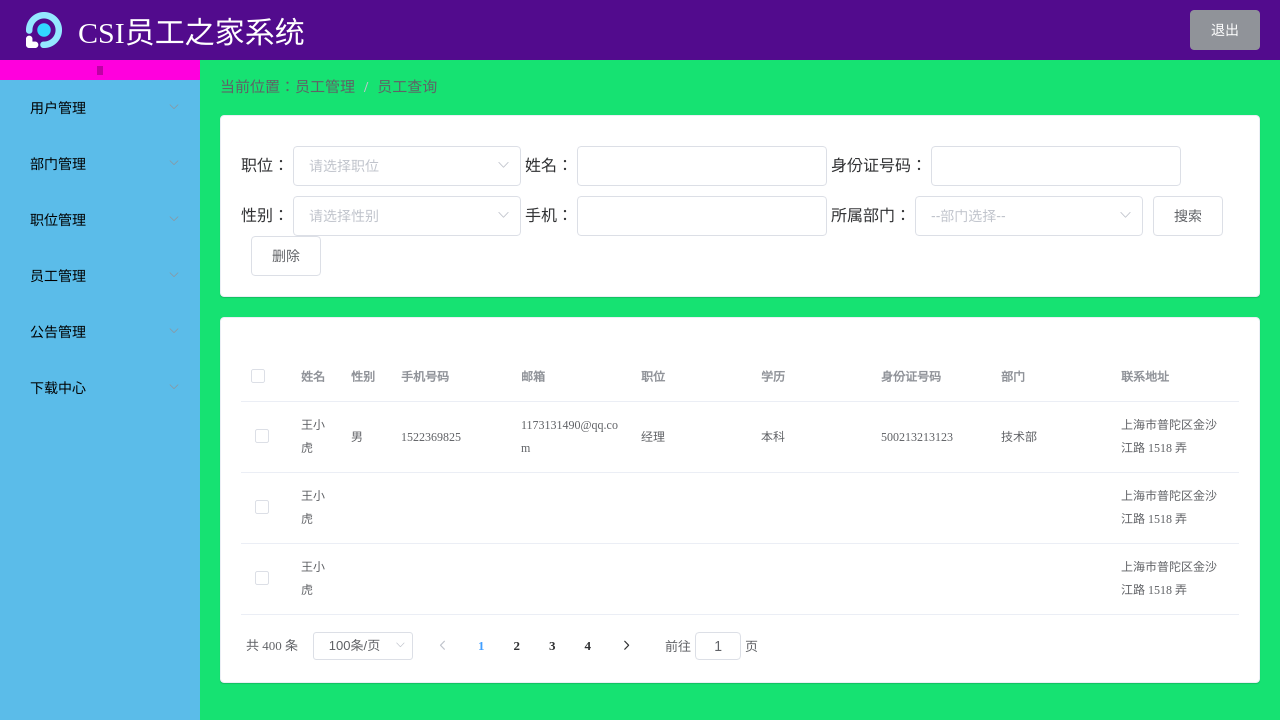
Repository: YUNjwyao/vue_hrm
Page: /#/employee
The author's editor kept a copy of each file at every save. The page is drawn from the files as they stood at one save, then again after the next save.
The browser window is 1280 px wide. The pictures show the whole page.
The project was rebuilt for these pictures with package versions that can differ from the ones it lists, and the page was loaded fresh each time. Also part of the build but not shown: src/components/Login.vue, src/components/Face/Face.vue, src/components/Employee/ShowAddEmployee.vue, src/components/Employee/ShowUpdateEmployee.vue, src/components/Notice/Notice.vue, src/components/Notice/ShowUpdateNotice.vue, src/components/Notice/ShowAddNotice.vue, src/components/Document/Document.vue and 2 more.

Above is the page before, as saved 2020-10-16 10:35:29.

After the next save:
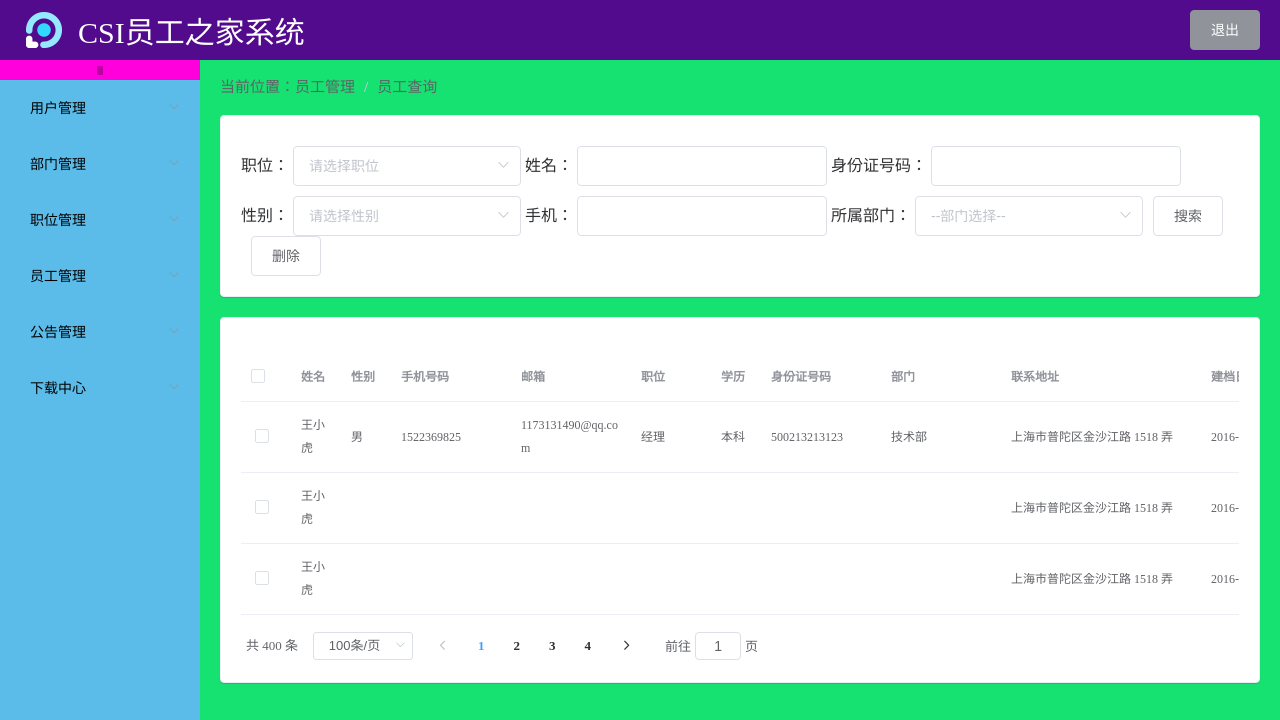
Saved 41 s later.
--- a/src/components/Employee/EmployeeQuery.vue
+++ b/src/components/Employee/EmployeeQuery.vue
@@ -68,18 +68,18 @@
         </el-table-column>
         <el-table-column prop="email" label="邮箱" width="120">
         </el-table-column>
-        <el-table-column prop="job" label="职位" width="120"> </el-table-column>
-        <el-table-column prop="education" label="学历" width="120">
+        <el-table-column prop="job" label="职位" width="80"> </el-table-column>
+        <el-table-column prop="education" label="学历" width="50">
         </el-table-column>
         <el-table-column prop="IdNumber" label="身份证号码" width="120">
         </el-table-column>
         <el-table-column prop="door" label="部门" width="120">
         </el-table-column>
-        <el-table-column prop="address" label="联系地址" width="120">
+        <el-table-column prop="address" label="联系地址" width="200">
         </el-table-column>
         <el-table-column prop="date" label="建档日期" width="120">
         </el-table-column>
-        <el-table-column label="操作" width="120"> </el-table-column>
+        <el-table-column label="操作" width="50"> </el-table-column>
       </el-table>
       <!-- 分页 -->
       <el-pagination
